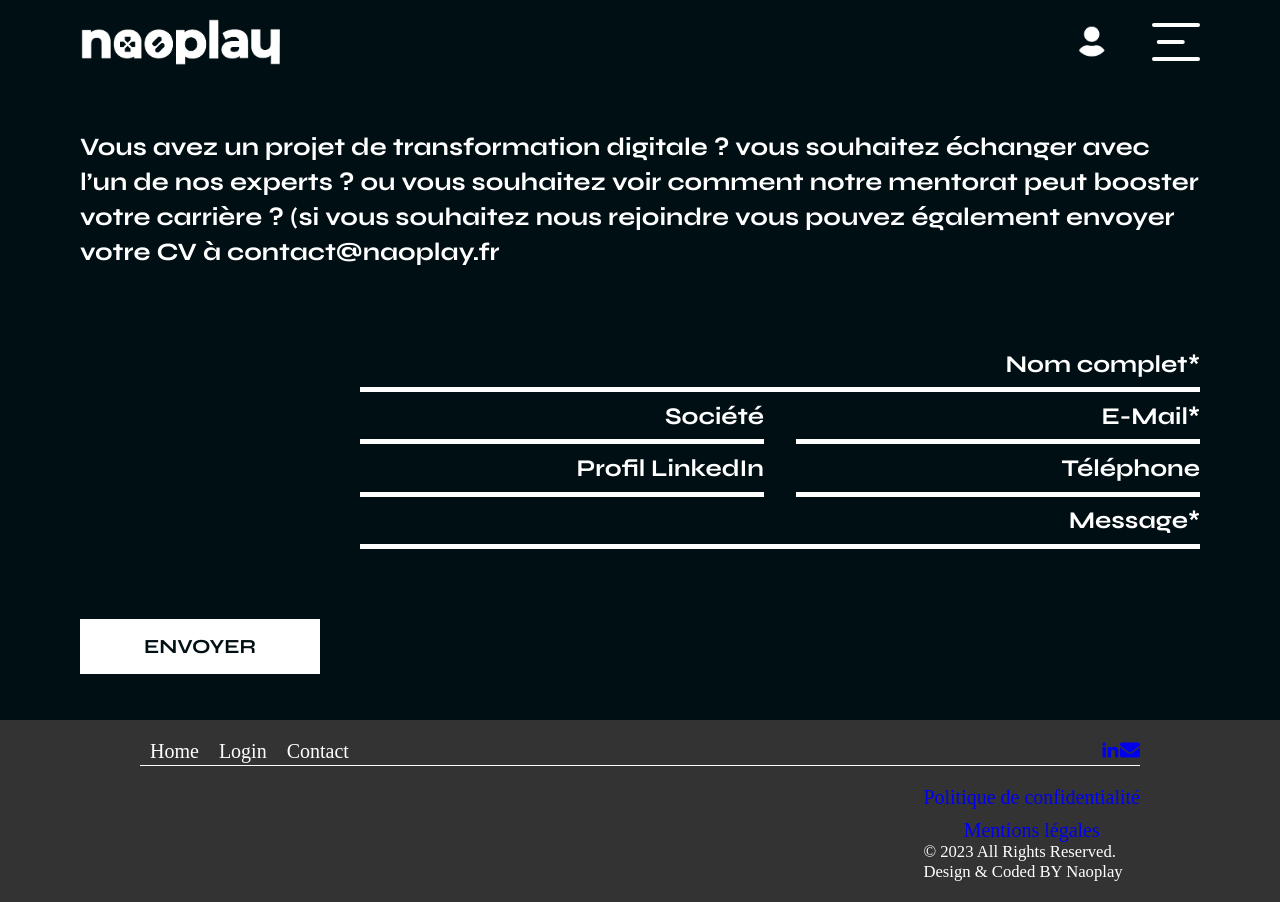
Repository: Hindsedrati/Naoplay
Page: /contact
These files come from the project's save history. The page is drawn as it stood at one moment and after the next save; the edit follows.
The browser window is 1280 px wide. The pictures show the whole page.
The project was rebuilt for these pictures with package versions that can differ from the ones it lists, and the page was loaded fresh each time. Also part of the build but not shown: src/Pages/Login/index.jsx, src/Components/Const/index.jsx, src/Components/Partners/index.jsx, src/Components/Naoplay/index.jsx, src/Components/Api/index.jsx, src/Components/Digitalisation/index.jsx, src/Components/Gateway/index.jsx, src/Components/ApiManagement/index.jsx and 6 more.

Above is the page before, as saved 2023-05-09 12:15:44.

After the next save:
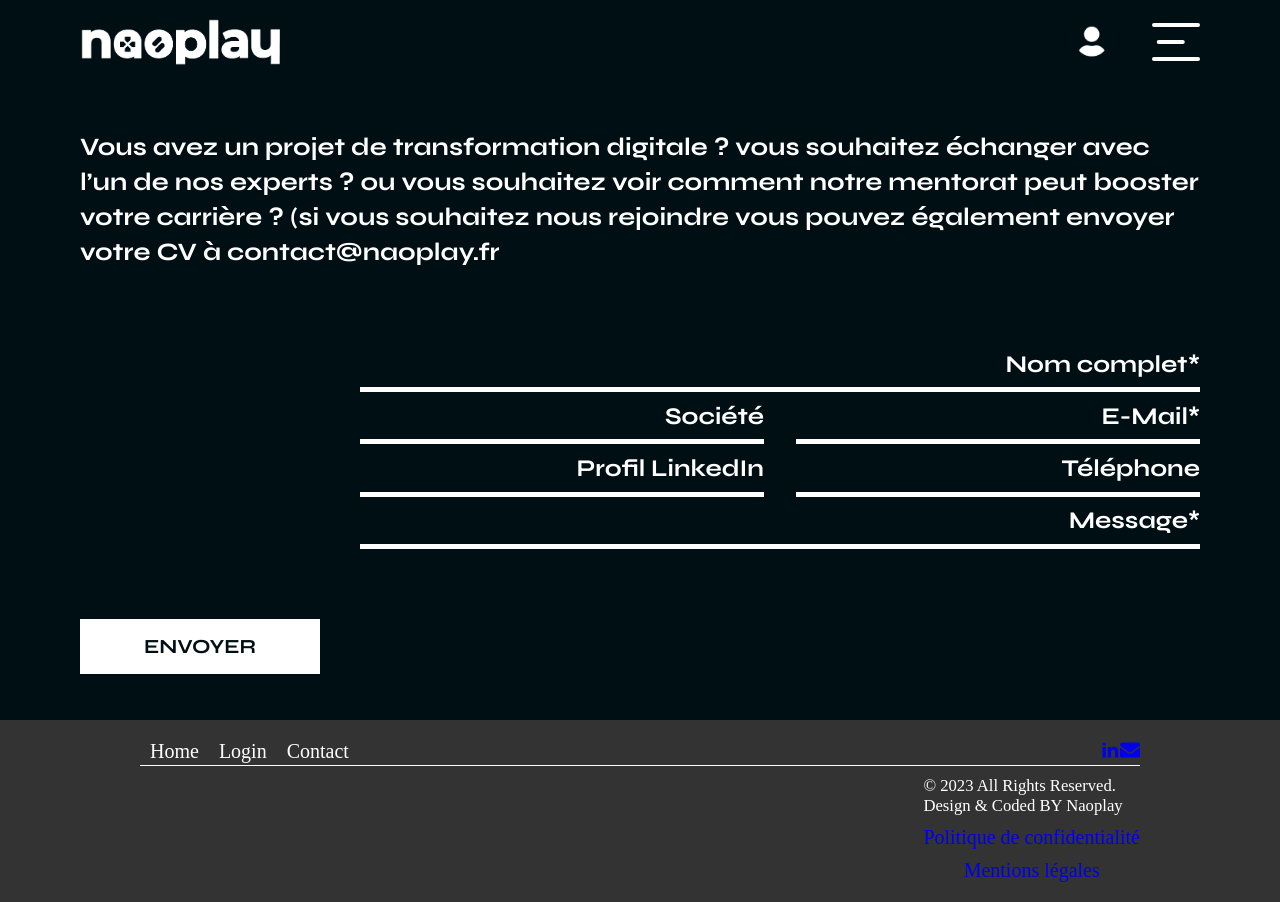
Saved 20 s later.
--- a/src/Layouts/Footer/Index.jsx
+++ b/src/Layouts/Footer/Index.jsx
@@ -31,10 +31,12 @@
         </div>
 
     <div class="footer-bottom">
+        <small>&copy; 2023 All Rights Reserved. </small>
+        <small>Design & Coded BY Naoplay </small>
+
         <a className='footer-mentions' href='/'>Politique de confidentialité</a>
-        <a className='footer-mentions' href='/'>Mentions légales</a>
-    <small>&copy; 2023 All Rights Reserved. </small>
-    <small>Design & Coded BY Naoplay </small>
+        <a className='footer-mentions'href='/'>Mentions légales</a>
+
 
     </div>
     </div>
